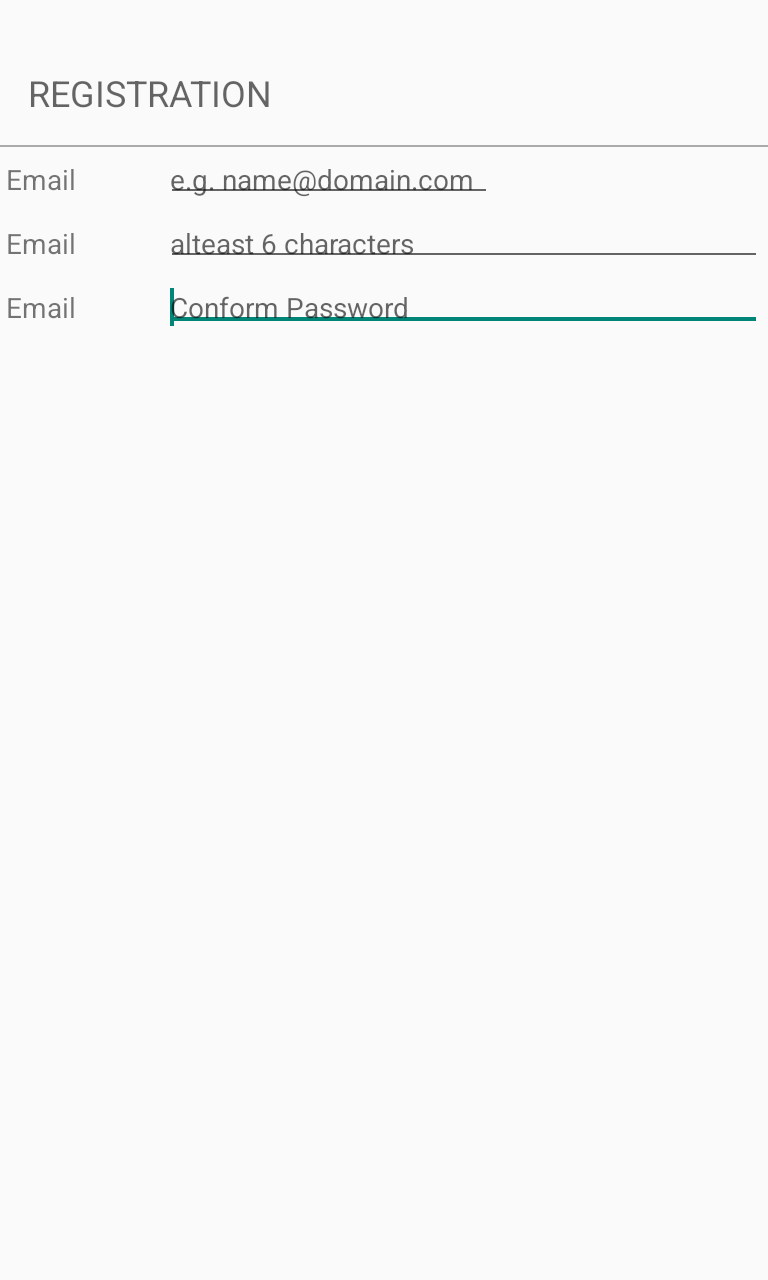
Repository: lMayuraDevani/BrentBrown
Layout: BrentBrown/res/layout/register.xml
The author's editor kept a copy of each file at every save. The layout is drawn from the files as they stood at one save, then again after the next save.
It is drawn on a 768 x 1280 px phone screen (xhdpi) without system bars, with theme AppTheme; the app's code is not run.

Above is the layout before, as saved 2014-11-12 09:25:41.

After the next save:
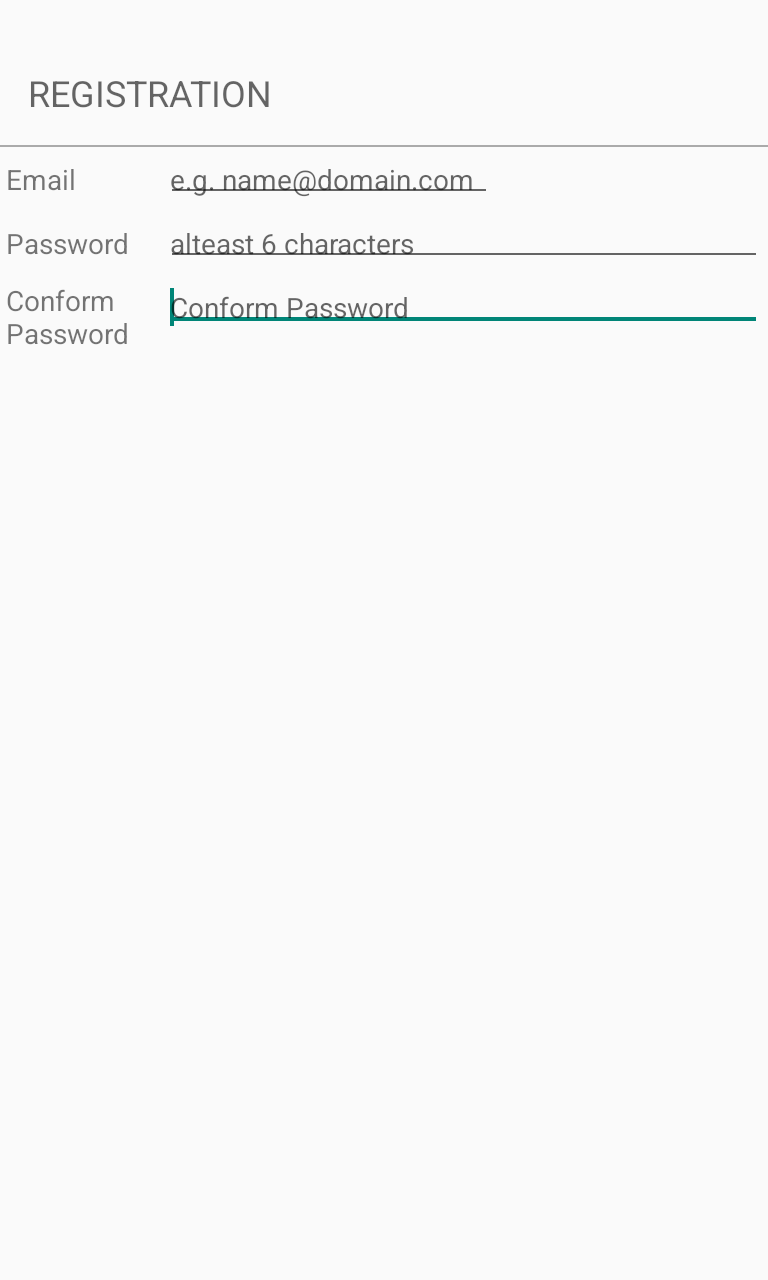
Saved 14 s later.
--- a/BrentBrown/res/layout/register.xml
+++ b/BrentBrown/res/layout/register.xml
@@ -61,7 +61,7 @@
                     android:layout_height="wrap_content"
                     android:layout_gravity="center"
                     android:padding="01dp"
-                    android:text="Email"
+                    android:text="Password"
                     android:textAppearance="?android:attr/textAppearanceSmall" />
 
                   <EditText
@@ -90,7 +90,7 @@
                     android:layout_height="wrap_content"
                     android:layout_gravity="center"
                     android:padding="01dp"
-                    android:text="Email"
+                    android:text="Conform Password"
                     android:textAppearance="?android:attr/textAppearanceSmall" />
 
                 <EditText
